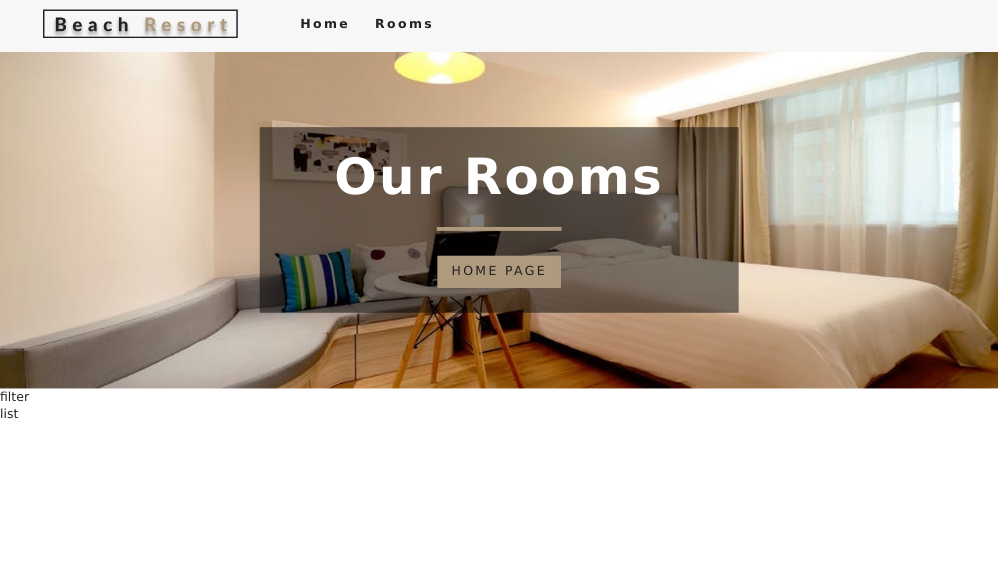
Repository: sanchit01garg/react-beachResort
Page: /rooms
The author's editor kept a copy of each file at every save. The page is drawn from the files as they stood at one save, then again after the next save.
The browser window is 1280 px wide. The pictures show the whole page, at 78% of full size.
The project was rebuilt for these pictures with package versions that can differ from the ones it lists, and the page was loaded fresh each time. Also part of the build but not shown: src/components/Title.js, src/components/Services.js, src/components/FeaturedRooms.js, src/pages/Home.js, src/pages/Error.js, src/components/StyledHero.js, src/pages/SingleRoom.js.

Above is the page before, as saved 2021-01-08 15:51:07.

After the next save:
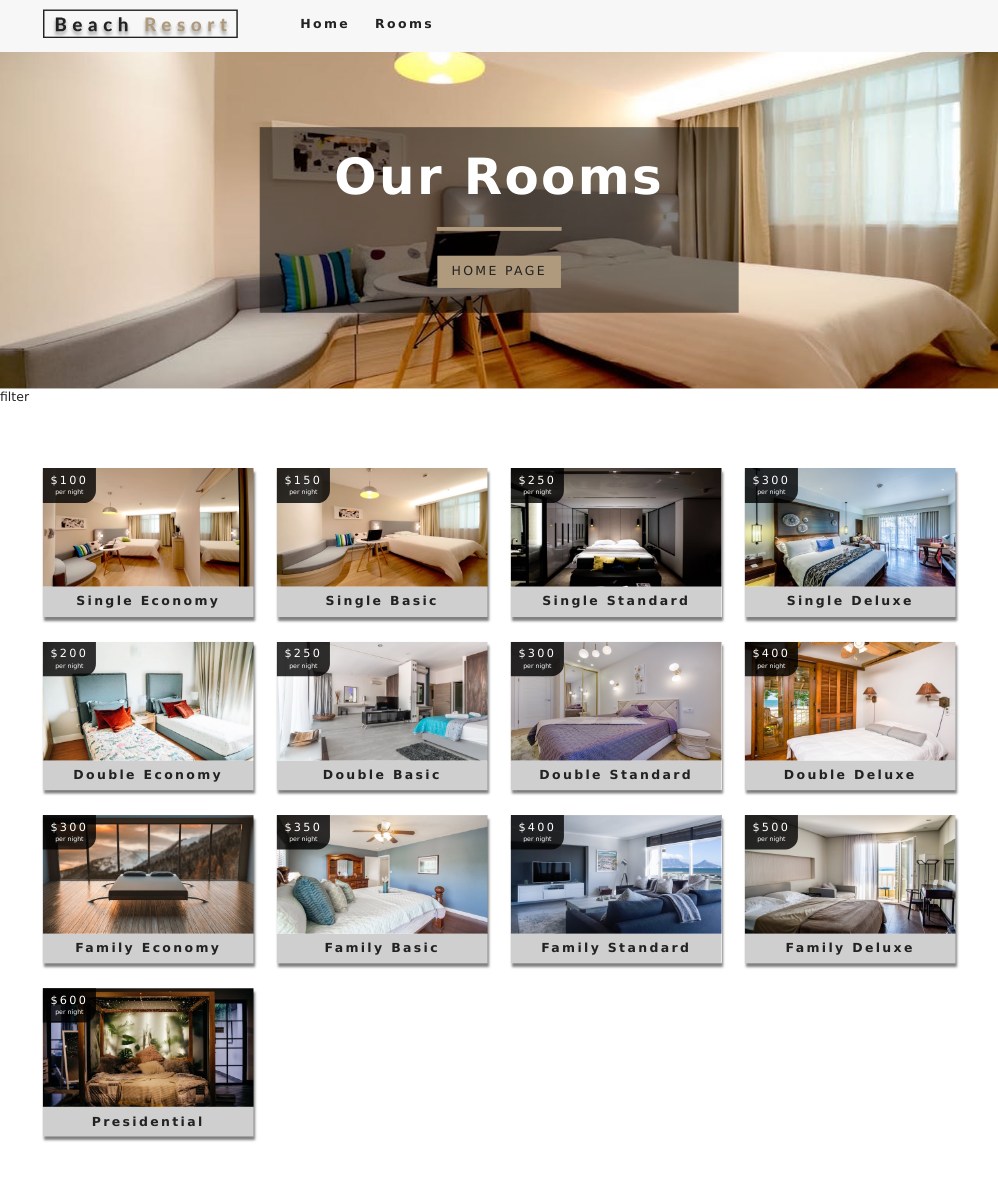
Saved 47 s later.
--- a/src/components/RoomsList.js
+++ b/src/components/RoomsList.js
@@ -9,5 +9,13 @@ export default function RoomsList({ rooms }) {
       </div>
     );
   }
-  return <div>list</div>;
+  return (
+    <section className="roomslist">
+      <div className="roomslist-center">
+        {rooms.map((item) => {
+          return <Room key={item.id} room={item} />;
+        })}
+      </div>
+    </section>
+  );
 }
